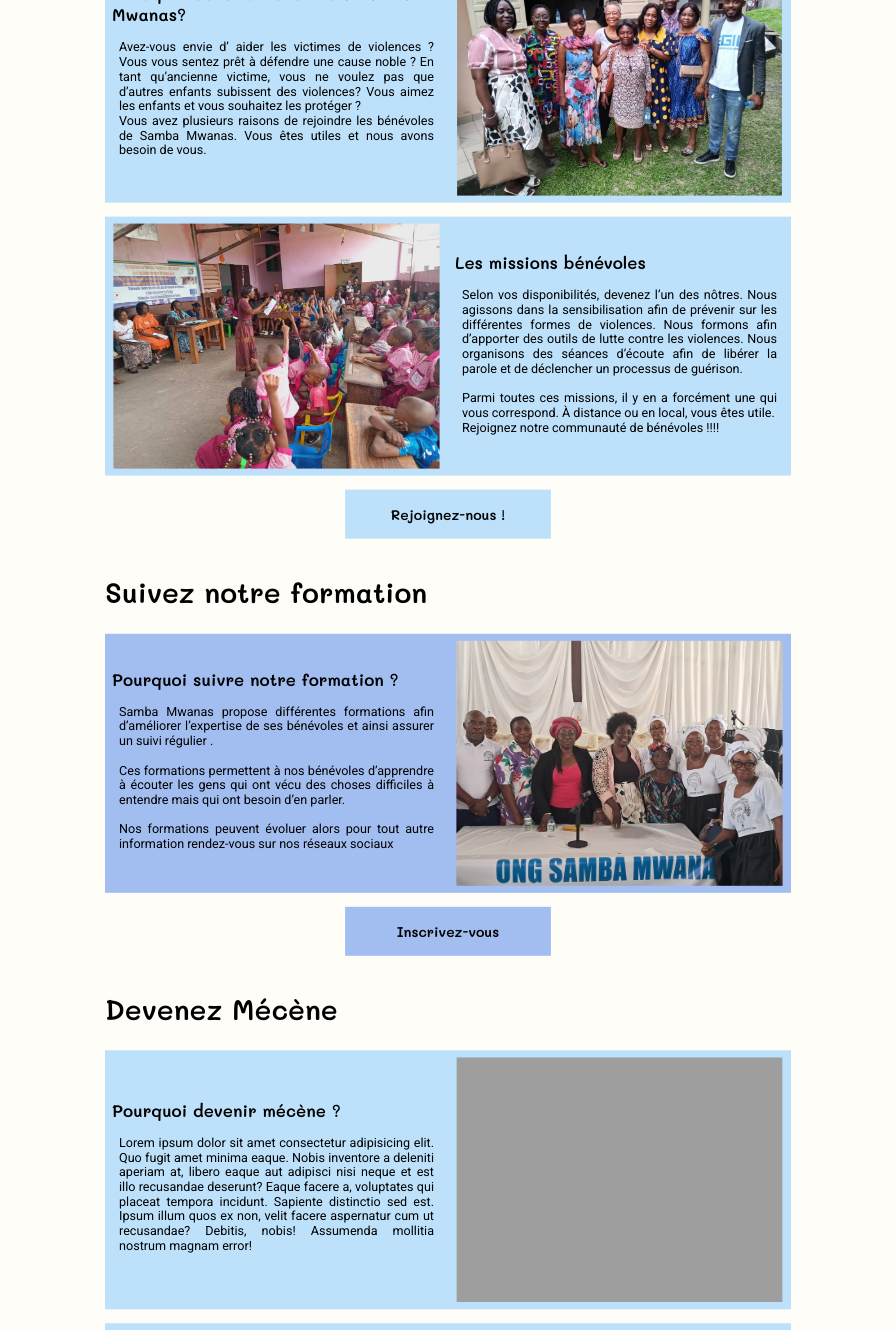
Repository: Danie-lDasilva/Samba-Mwanas
Page: Agir avec nous.html
These files come from the project's save history. The page is drawn as it stood at one moment and after the next save; the edit follows.
The browser window is 1280 px wide. The pictures show the part of the page from y = 869 to 2769 px (the page is 3721 px tall), at 70% of full size.
Pictures or frames that could not be fetched are drawn as grey boxes.

Above is the page before, as saved 2025-03-06 22:37:53.

### Agir avec nous.html
<!DOCTYPE html>
<html lang="fr">
<head>
    <meta charset="UTF-8">
    <meta name="viewport" content="width=device-width, initial-scale=1.0">
    <title>Agir avec nous</title>
    <link rel="preconnect" href="https://fonts.googleapis.com">
    <link rel="preconnect" href="https://fonts.gstatic.com" crossorigin>
    <link href="https://fonts.googleapis.com/css2?family=Mali:wght@600&family=Roboto:ital,wdth@0,75;1,75&display=swap" rel="stylesheet">

    <link rel="stylesheet" href="assets/css/Agir avec nous.css">
    <link rel="stylesheet" href="assets/css/style.css">
</head>
<body>
    <header>
        <nav>
            <ul>
                <li>
                    <a href="Nos missions.html">Nos missions</a>
                </li>
                <li>
                    <a href="Agir avec nous.html">Agir avec nous</a>
                </li>
                <li class="Logo">
                    <a href="index.html">
                        <img src="assets/img/Fichier 2.png" alt="Logo Samba Mwanas, retour à l'accueil">
                    </a>
                </li>
                <li>
                    <a href="Notre MAM.html">Notre MAM</a>
                </li>
                <li>
                    <a href="Nous contacter.html">Nous contacter</a>
                </li>
            </ul>
        </nav>
    </header>

    <main>
        <h1>
            Agir avec nous
        </h1>

        <section class="BoutonsForm">
            <div>
                <a href="#Benevole" class="Color1">Devenez bénévole</a>
            </div>

            <div>
                <a href="#Formation" class="Color2">Suivez notre formation</a>
            </div>

            <div>
                <a href="#Mécène" class="Color1">Devenez mécène</a>
            </div>
        </section>

        <div class="Bannière">
            <img src="assets/img/Mix photos.jpg" alt="">
        </div>

        <section>
            <h2 id="Benevole">
                Devenez bénévole
            </h2>

            <div class="Bloc">
                <div>
                    <h3>
                        Pourquoi devenir bénévole à Samba Mwanas?
                    </h3>
                    <p>
                        Avez-vous envie d’ aider les victimes de violences ? Vous vous sentez prêt à défendre une cause noble ? En tant qu’ancienne victime, vous ne voulez pas que d’autres enfants subissent des violences? Vous aimez les enfants et vous souhaitez les protéger ? <br>
                        Vous avez plusieurs raisons de rejoindre les bénévoles de Samba Mwanas. Vous êtes utiles et nous avons besoin de vous.
                    </p>
                </div>
                <div class="End">
                    <img src="assets/img/Equipe.jpg" alt="Photo de l'équipe de Samba Mwanas">
                </div>
            </div>

            <div class="Bloc">
                <div>
                    <img src="assets/img/Leçon Enfantss.jpg" alt="Photo d'enfants">
                </div>
                <div>
                    <h3>
                        Les missions bénévoles
                    </h3>
                    <p>
                        Selon vos disponibilités, devenez l’un des nôtres. Nous agissons dans la sensibilisation afin de prévenir sur les différentes formes de violences. Nous formons afin d’apporter des outils de lutte contre les violences. Nous organisons des séances d’écoute afin de libérer la parole et de déclencher un processus de guérison. <br>
                        <br>
                        Parmi toutes ces missions, il y en a forcément une qui vous correspond. À distance ou en local, vous êtes utile. <br>
                        Rejoignez notre communauté de bénévoles !!!!
                    </p>
                </div>
            </div>

            <div class="Rejoindre">
                <a href="">Rejoignez-nous !</a>
            </div>
        </section>

        <section>
            <h2 id="Formation">
                Suivez notre formation
            </h2>

            <div class="Bloc2">
                <div>
                    <h3>
                        Pourquoi suivre notre formation ?
                    </h3>
                    <p>
                        Samba Mwanas propose différentes formations afin d’améliorer l’expertise de ses bénévoles et ainsi assurer un suivi régulier . <br>
                        <br>
                        Ces formations permettent à nos bénévoles d’apprendre à écouter les gens qui ont vécu des choses difficiles à entendre mais qui ont besoin d’en parler. <br>
                        <br>
                        Nos formations peuvent évoluer alors pour tout autre information rendez-vous sur nos réseaux sociaux
                    </p>
                </div>
                <div class="End">
                    <img src="assets/img/Eglise.jpg" alt="Photo de l'équipe de Samba Mwanas à une formation à l'église">
                </div>
            </div>

            <div class="Inscrire">
                <a href="">Inscrivez-vous</a>
            </div>
        </section>

        <section>
            <h2 id="Mécène">
                Devenez Mécène
            </h2>

            <div class="Bloc3">
                <div>
                    <h3>
                        Pourquoi devenir mécène ?
                    </h3>
                    <p>
                        Lorem ipsum dolor sit amet consectetur adipisicing elit. Quo fugit amet minima eaque. Nobis inventore a deleniti aperiam at, libero eaque aut adipisci nisi neque et est illo recusandae deserunt?
                        Eaque facere a, voluptates qui placeat tempora incidunt. Sapiente distinctio sed est. Ipsum illum quos ex non, velit facere aspernatur cum ut recusandae? Debitis, nobis! Assumenda mollitia nostrum magnam error!
                    </p>
                </div>
                <div>
                    <img src="assets/img/Mecenat.jpg" alt="Photo de mécénat">
                </div>
            </div>

            <div class="Bloc3">
                <div>
                    <img src="assets/img/Avantages.jpg" alt="Photo des avantages du mécénat">
                </div>
                <div>
                    <h3>
                        Les avantages du mécénat
                    </h3>
                    <p>
                        Lorem ipsum dolor sit amet consectetur adipisicing elit. Quo fugit amet minima eaque. Nobis inventore a deleniti aperiam at, libero eaque aut adipisci nisi neque et est illo recusandae deserunt?
                        Eaque facere a, voluptates qui placeat tempora incidunt. Sapiente distinctio sed est. Ipsum illum quos ex non, velit facere aspernatur cum ut recusandae? Debitis, nobis! Assumenda mollitia nostrum magnam error!
                    </p>
                </div>
            </div>

            <div class="Rejoindre">
                <a href="">Rejoignez-nous !</a>
            </div>
        </section>

        <div id="Don" class="Don">
            <a href="https://www.helloasso.com/associations/association-samba-mwanas/formulaires/1">FAIRE UN DON</a>
        </div>
    </main>

    <footer>
        <div class="Footer">
            <div class="FooterInfos">
                <div class="Lien">
                    <p class="titre">Navigation</p>
                    <nav class="InfoMarge">
                        <ul>
                            <li><a href="Nos missions.html">Nos missions</a></li>
                            <li><a href="Agir avec nous.html">Agir avec nous</a></li>
                            <li><a href="Notre MAM.html">Notre MAM</a></li>
                            <li><a href="Nous contacter.html">Nous contacter</a></li>
                        </ul>
                    </nav>
                </div>
                <div class="Lien">
                    <p class="titre">Informations</p>
                    <nav>
                        <ul>
                            <li><a href="Politique de confidentialité.html">Politique de confidentialité</a></li>
                            <li><a href="Plan du site.html">Plan du site</a></li>
                            <li><a href="Mentions légales.html">Mentions légales</a></li>
                        </ul>
                    </nav>
                </div>
            </div>
            <div class="FooterCentre">
                <div class="FooterDon">
                    <a href="https://www.helloasso.com/associations/association-samba-mwanas/formulaires/1">Faire un don</a>
                </div>
                <div class="FooterLogo">
                    <img src="assets/img/LOGO_Logo principal.svg" alt="Logo Samba Mwanas, Retour à l'acceuil">
                </div>
            </div>
            <div class="FooterInfos">
                <nav class="FooterRéseaux">
                    <ul>
                        <li><a href="#"><img src="assets/img/facebook.png" alt="Logo facebook, Lien vers le facebook de Samba Mwanas"></a></li>
                        <li><a href="#"><img src="assets/img/instagram.png" alt="Logo instagram, Lien vers la page instagram de Samba Mwanas"></a></li>
                        <li><a href="#"><img src="assets/img/tik-tok.png" alt="Logo tiktok, Lien vers la page Tiktok de Samba Mwanas"></a></li>
                    </ul>
                </nav>
                <p>ong.sambamwanas@gmail.com</p>
                <div class="FooterContact">
                    <div><img src="assets/img/france.png" alt="Drapeau de France" class="FooterDrapeau"></div>
                    <div>
                        <p>07 53 14 03 90</p>
                        <p>3 Rue de la Rosière, <br>Bâtiment C, Appartement 9 <br>33320 Eysines</p>
                    </div>
                </div>
                <div class="FooterContact">
                    <div><img src="assets/img/gabon.png" alt="Drapeau du gabon" class="FooterDrapeau"></div>
                    <div>
                        <p>+241 07 56 07 59</p>
                        <p>Quartier PK12, BP 5704 Libreville, <br>Gabon</p>
                    </div>
                </div>
            </div>
        </div>
    </footer>
</body>
</html>

### assets/css/Agir avec nous.css
h1 {
    font-family: "Mali", cursive;
    font-weight: 600;
    font-style: normal;
    font-size: 55px;
    text-align: center;
    margin-bottom: 50px;
    margin-top: 50px;
}

main {
    padding-left: 150px;
    padding-right: 150px;
}

main p {
    font-family: "Roboto", sans-serif;
    font-optical-sizing: auto;
    font-weight: 400;
    font-size: 20px;
    font-style: normal;
    font-variation-settings: "wdth" 75;
    text-align: justify;
}

.BoutonsForm {
    display: flex;
    justify-content: space-between;
    padding-left: 20px;
    padding-right: 20px;
}

.BoutonsForm div {
    width: 28%;
    height: 50px;
    margin-bottom: 40px;
}

.BoutonsForm a {
    width: 100%;
    height: 100%;
    display: flex;
    justify-content: center;
    align-items: center;
    font-family: "Mali", cursive;
    font-weight: 600;
    font-style: normal;
}

.BoutonsForm a:hover {
    background-color: #163d59;
    color: white;
    box-shadow: 0 5px 8px rgba(0, 0, 0, 0.4);
}

.Color1 {
    background-color: #BDE1FA;
}

.Color2 {
    background-color: #A2BEF0;
}

.Bannière img {
    width: 100%;
    height: auto;
    object-fit: cover;
}

.Bannière {
    margin-bottom: 100px;
}

h2 {
    font-family: "Mali", cursive;
    font-weight: 600;
    font-style: normal;
    font-size: 40px;
}

h3 {
    font-family: "Mali", cursive;
    font-weight: 600;
    font-style: normal;
    font-size: 22px;
}

.Bloc, .Bloc2, .Bloc3 {
    display: flex;
    justify-content: space-between;
    align-items: stretch;
    margin-bottom: 20px;
}

.Bloc div, .Bloc2 div, .Bloc3 div {
    flex: 0.8;
    margin: 10px;
    display: flex;
    flex-direction: column;
    justify-content: center;
}

.Bloc img, .Bloc2 img, .Bloc3 img {
    width: 100%;
    max-height: 350px;
    object-fit: contain;
}

.Bloc p, .Bloc2 p, .Bloc3 p {
    font-family: "Roboto", sans-serif;
    font-optical-sizing: auto;
    font-weight: 400;
    font-size: 18px;
    font-style: normal;
    font-variation-settings: "wdth" 75;
    text-align: justify;
    margin: 0;
    padding: 10px;
}

.Bloc h3, .Bloc2 h3, .Bloc3 h3 {
    font-family: "Mali", cursive;
    font-weight: 600;
    font-size: 24px;
    margin-bottom: 10px;
    margin-top: 0;
}

.Bloc, .Bloc3 {
    background-color: #BDE1FA;
}

.Bloc2 {
    background-color: #A2BEF0;
}

.End {
    display: flex;
    justify-content: flex-end;
    align-items: center;
}

.Rejoindre {
    display: flex;
    justify-content: center;
    align-items: center;
    height: 70px;
    width: 100%;
    margin-bottom: 50px;
}

.Rejoindre a {
    font-family: "Mali", cursive;
    font-weight: 600;
    font-style: normal;
    justify-content: center;
    display: flex;
    align-items: center;
    height: 100%;
    width: 30%;
    background-color: #BDE1FA;
}

.Rejoindre a:hover {
    background-color: #163d59;
    color: white;
    box-shadow: 0 5px 8px rgba(0, 0, 0, 0.4);
}

.Inscrire {
    display: flex;
    justify-content: center;
    align-items: center;
    height: 70px;
    width: 100%;
    margin-bottom: 50px;
}

.Inscrire a {
    font-family: "Mali", cursive;
    font-weight: 600;
    font-style: normal;
    justify-content: center;
    display: flex;
    align-items: center;
    height: 100%;
    width: 30%;
    background-color: #A2BEF0;
}

.Inscrire a:hover {
    background-color: #163d59;
    color: white;
    box-shadow: 0 5px 8px rgba(0, 0, 0, 0.4);
}

/* Responsive */
@media (max-width: 768px) {
    h1 {
        font-size: 40px;
        margin-bottom: 30px;
        margin-top: 30px;
    }

    main {
        padding-left: 20px;
        padding-right: 20px;
    }

    main p {
        font-size: 18px;
    }

    .BoutonsForm {
        flex-direction: column;
        align-items: center;
        padding-left: 0;
        padding-right: 0;
    }

    .BoutonsForm div {
        width: 100%;
        margin-bottom: 20px;
    }

    .BoutonsForm a {
        font-size: 16px;
    }

    .Bannière img {
        height: auto;
    }

    h2 {
        font-size: 30px;
    }

    h3 {
        font-size: 20px;
    }

    .Bloc, .Bloc2, .Bloc3 {
        flex-direction: column;
        align-items: center;
    }

    .Bloc div, .Bloc2 div, .Bloc3 div {
        width: 100%;
        margin: 10px 0;
    }

    .Bloc img, .Bloc2 img, .Bloc3 img {
        width: 100%;
        max-height: 400px;
        object-fit: cover;
    }

    .End {
        justify-content: center;
    }

    .Rejoindre a, .Inscrire a {
        width: 80%;
    }
}

Loaded but not shown: assets/css/style.css (102 lines, source omitted)

After the next save:
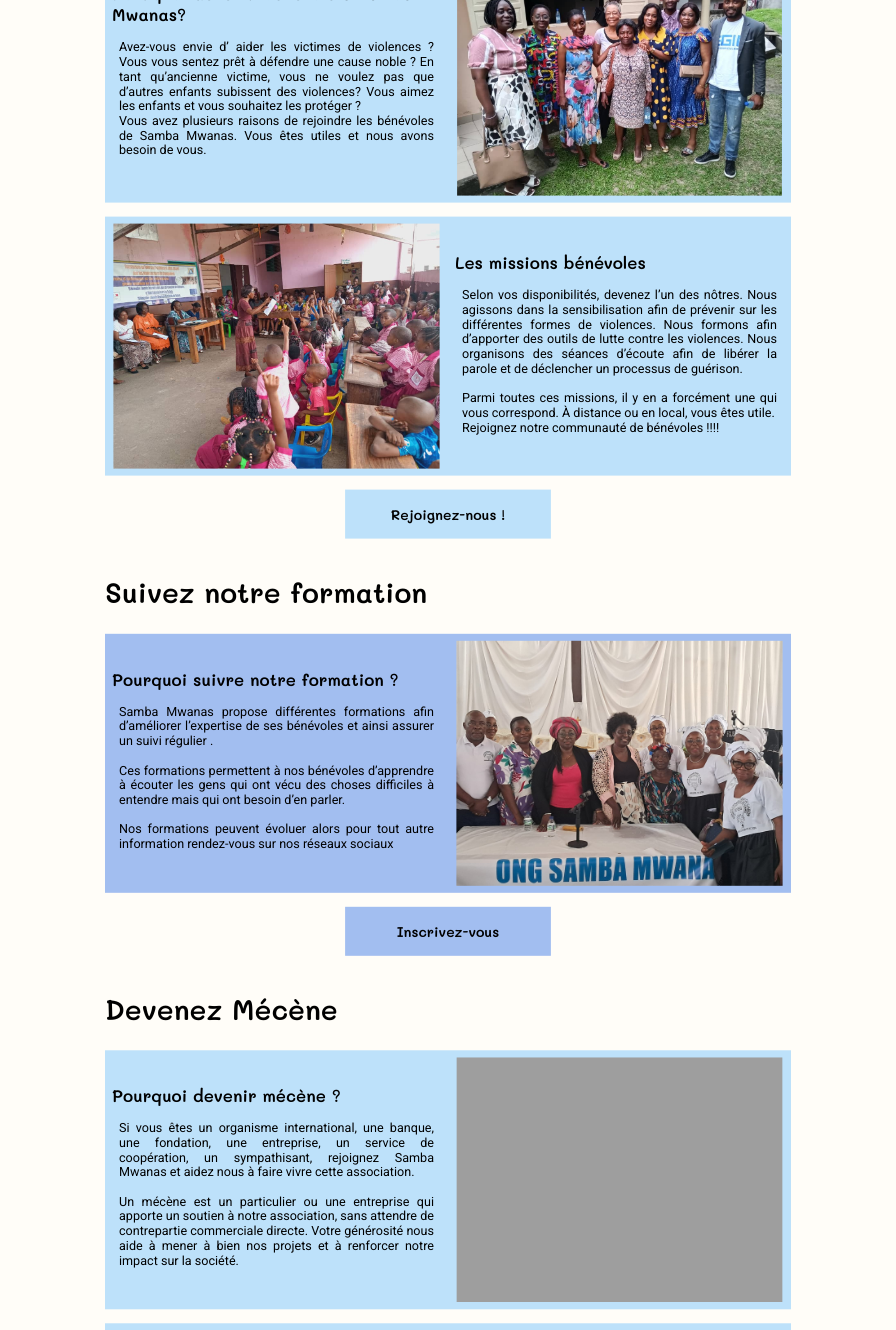
Saved 9 h 56 min later.
--- a/Agir avec nous.html
+++ b/Agir avec nous.html
@@ -140,8 +140,10 @@
                         Pourquoi devenir mécène ?
                     </h3>
                     <p>
-                        Lorem ipsum dolor sit amet consectetur adipisicing elit. Quo fugit amet minima eaque. Nobis inventore a deleniti aperiam at, libero eaque aut adipisci nisi neque et est illo recusandae deserunt?
-                        Eaque facere a, voluptates qui placeat tempora incidunt. Sapiente distinctio sed est. Ipsum illum quos ex non, velit facere aspernatur cum ut recusandae? Debitis, nobis! Assumenda mollitia nostrum magnam error!
+                        Si vous êtes un organisme international, une banque, une fondation, une entreprise, un service de coopération, un sympathisant, rejoignez Samba Mwanas et aidez nous à faire vivre cette association. <br>
+                        <br>
+                        Un mécène est un particulier ou une entreprise qui apporte un soutien à notre association, sans attendre de contrepartie commerciale directe. Votre générosité nous aide à mener à bien nos projets et à renforcer notre impact sur la société.
+
                     </p>
                 </div>
                 <div>
